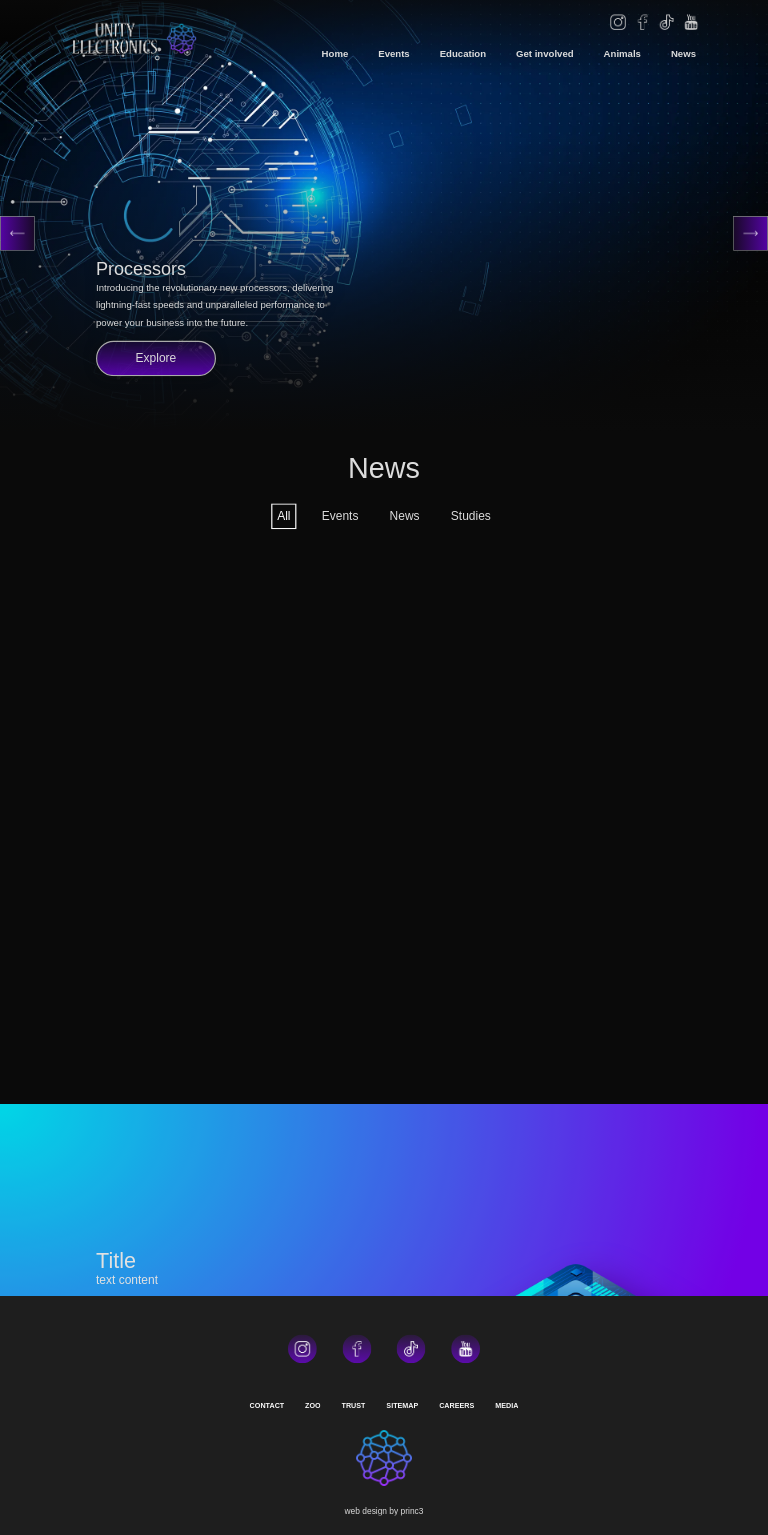
Repository: princ3-web/five
Page: /
An editor plug-in stored every save of this project. The page is shown before and after a run of saves, followed by the edit.
The browser window is 1280 px wide. The pictures show the whole page, at 60% of full size.
An inner scrolling area shows only its first screen. The project was rebuilt for these pictures with package versions that can differ from the ones it lists, and the page was loaded fresh each time. Also part of the build but not shown: src/css/subpage.module.css, src/pages/Events.jsx, src/pages/Education.jsx, src/pages/Membership.jsx, src/pages/Animals.jsx, src/pages/News.jsx, src/pages/Support.jsx.

Above is the page before, as saved 2023-05-08 18:56:43.

After the next 2 saves:
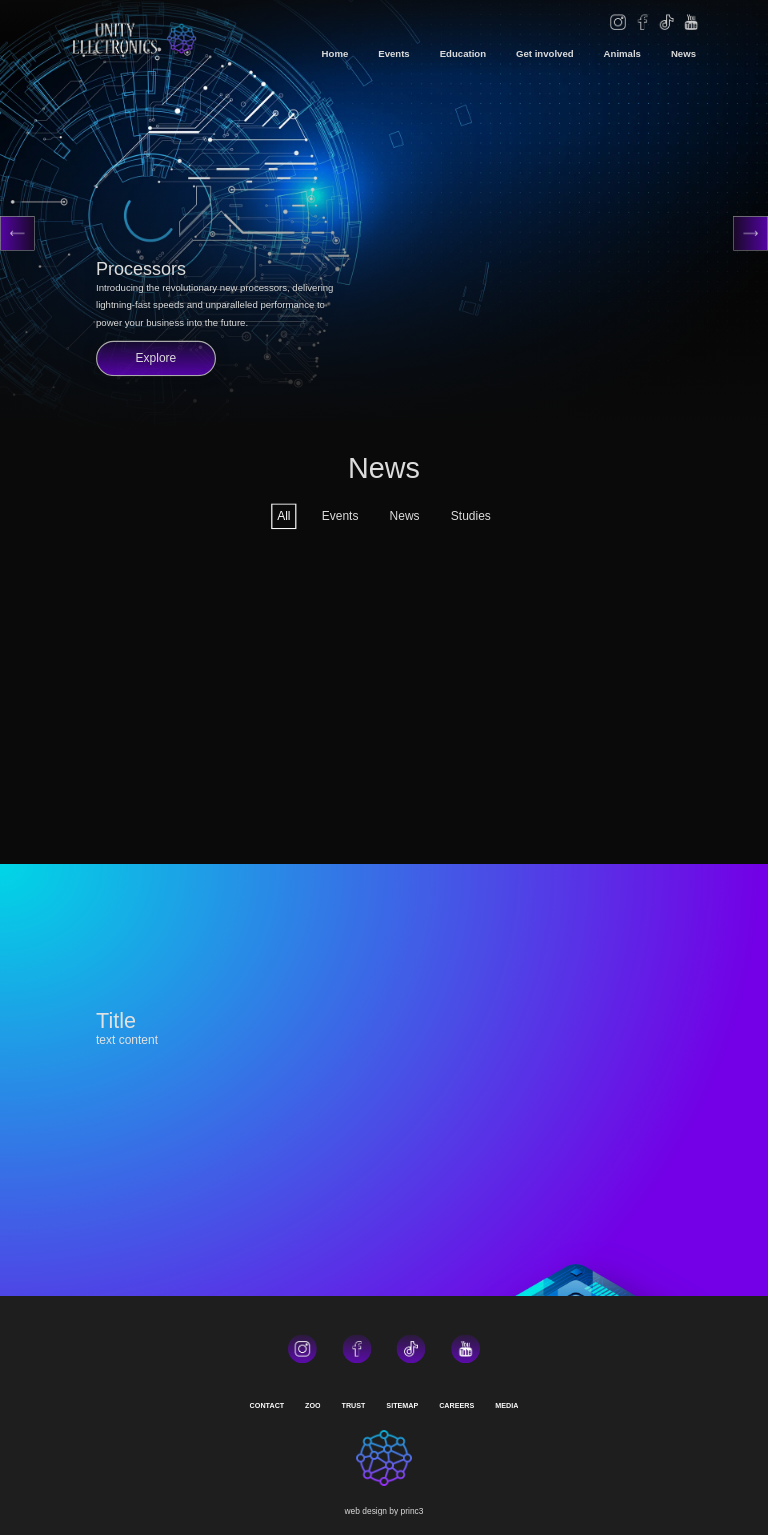
The 2 saves are shown as one change because they came seconds apart.
The last was saved 16 s later.
--- a/src/components/Objectscroller.jsx
+++ b/src/components/Objectscroller.jsx
@@ -20,15 +20,16 @@ const Objectscroller = () => {
 
   return (
     <div>
-      <div className={objectscroller.gradient} style={{
-            translate: "0px " + (- scrollPos / 3 + 400 + "px").toString(),
-          }}>
+      <div className={objectscroller.gradient}>
         <div className={objectscroller.textContainer}>
           <div className={objectscroller.title}>Title</div>
           <div className={objectscroller.text}>text content</div>
         </div>
         <img
           className={objectscroller.image}
+          style={{
+            translate: "0px " + (- scrollPos / 3 + 400 + "px").toString(),
+          }}
           src={require("../assets/images/object1.png")}
           alt=""
         />
